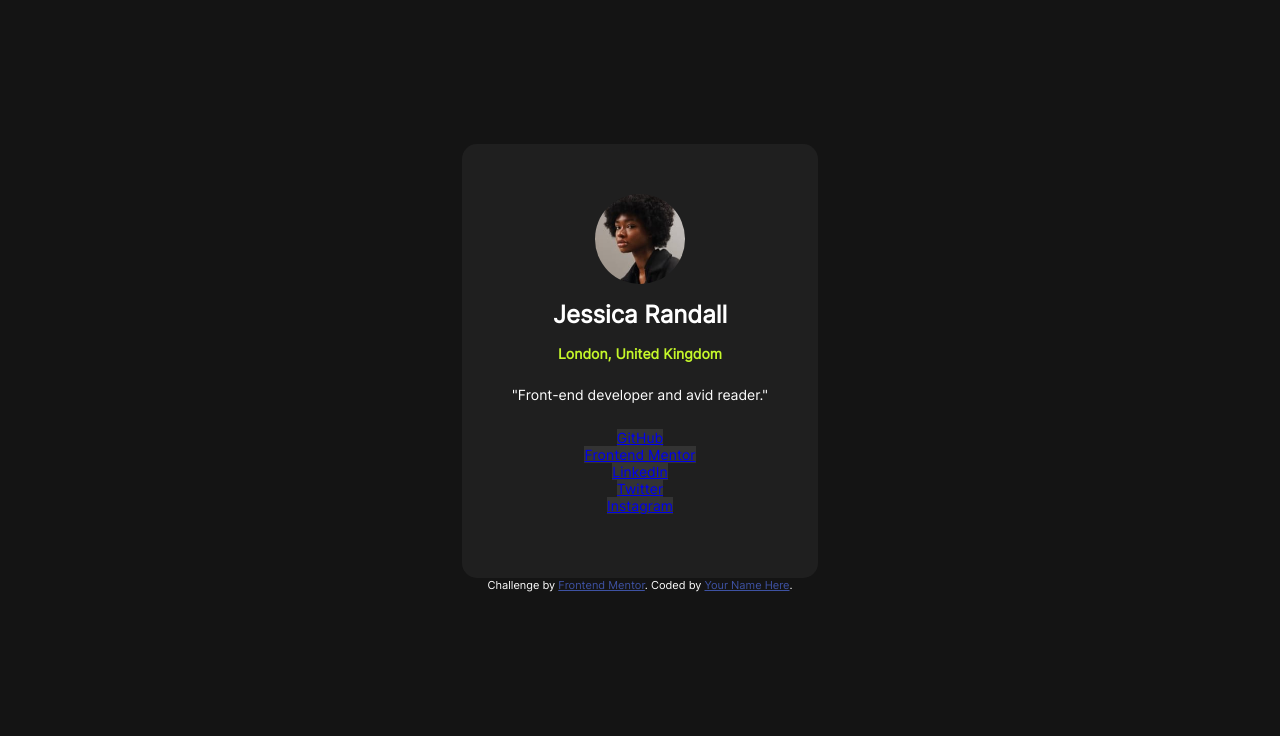
Repository: RudyJ/social-links-profile
Page: index.html
An editor plug-in stored every save of this project. The page is shown before and after the next save, followed by the edit.
The browser window is 1280 px wide. The pictures show the whole page.

Above is the page before, as saved 2024-04-02 20:02:52.

### index.html
<!DOCTYPE html>
<html lang="en">

  <head>
    <meta charset="UTF-8">
    <meta name="viewport" content="width=device-width, initial-scale=1.0">
    <!-- displays site properly based on user's device -->

    <link rel="icon" type="image/png" sizes="32x32" href="./assets/images/favicon-32x32.png">

    <title>Frontend Mentor | Social links profile</title>

    <link rel="stylesheet" href="./assets/css/style.css" />
    <!-- Feel free to remove these styles or customise in your own stylesheet 👍 -->
    <style>
      .attribution {
        font-size: 11px;
        text-align: center;
      }

      .attribution a {
        color: hsl(228, 45%, 44%);
      }

    </style>
  </head>

  <body>

    <div class="card">
      <div class="imagem">
        <img src="./assets/images/avatar-jessica.jpeg" />
      </div>
      <h1>Jessica Randall</h1>
      <h2>London, United Kingdom</h2>
      <p>"Front-end developer and avid reader."</p>
      <ul>
        <li>
          <a href="#">GitHub</a>
        </li>
        <li>
          <a href="#">Frontend Mentor</a>
        </li>
        <li>
          <a href="#">LinkedIn</a>
        </li>
        <li>
          <a href="#">Twitter</a>
        </li>
        <li>
          <a href="#">Instagram</a>
        </li>
      </ul>
    </div>

    <div class="attribution">
      Challenge by <a href="https://www.frontendmentor.io?ref=challenge" target="_blank">Frontend Mentor</a>.
      Coded by <a href="#">Your Name Here</a>.
    </div>
  </body>

</html>

### assets/css/style.css
@font-face {
    font-family: 'Inter';
    src: url('../fonts/static/Inter-Regular.ttf');
    font-weight: 400;
}


body {
    background-color: hsl(0, 0%, 8%);
    color: hsl(0, 0%, 100%);
    display: flex;
    flex-direction: column;
    align-items: center;
    justify-content: center;
    height: 100vh;
    overflow: hidden;
    font-family: 'Inter';
    font-weight: 400;
    font-size: 14px;
}


body .card {
    background-color: hsl(0, 0%, 12%);
    padding:  50px;
    box-sizing: border-box;
    border-radius: 15px;
    text-align: center;
}

body .card .imagem {
    width: 35%;
    border-radius: 50%;
    overflow: hidden;
    display: block;
    margin: auto;
}

body .card .imagem img {
    width: 100%;
    display: block;
}


body .card h1 {
    font-size: 24px;
}
body .card h2 {
    color: hsl(75, 94%, 57%);
    font-size: 14px;
    margin-bottom: 24px;
}
body .card p {
    font-size: 14px;
    margin-bottom: 26px;
}

body .card ul {
    list-style: none;
    padding-left: 0;
}

body .card ul li {}

body .card ul li a {
    background-color: hsl(0, 0%, 20%);
}

After the next save:
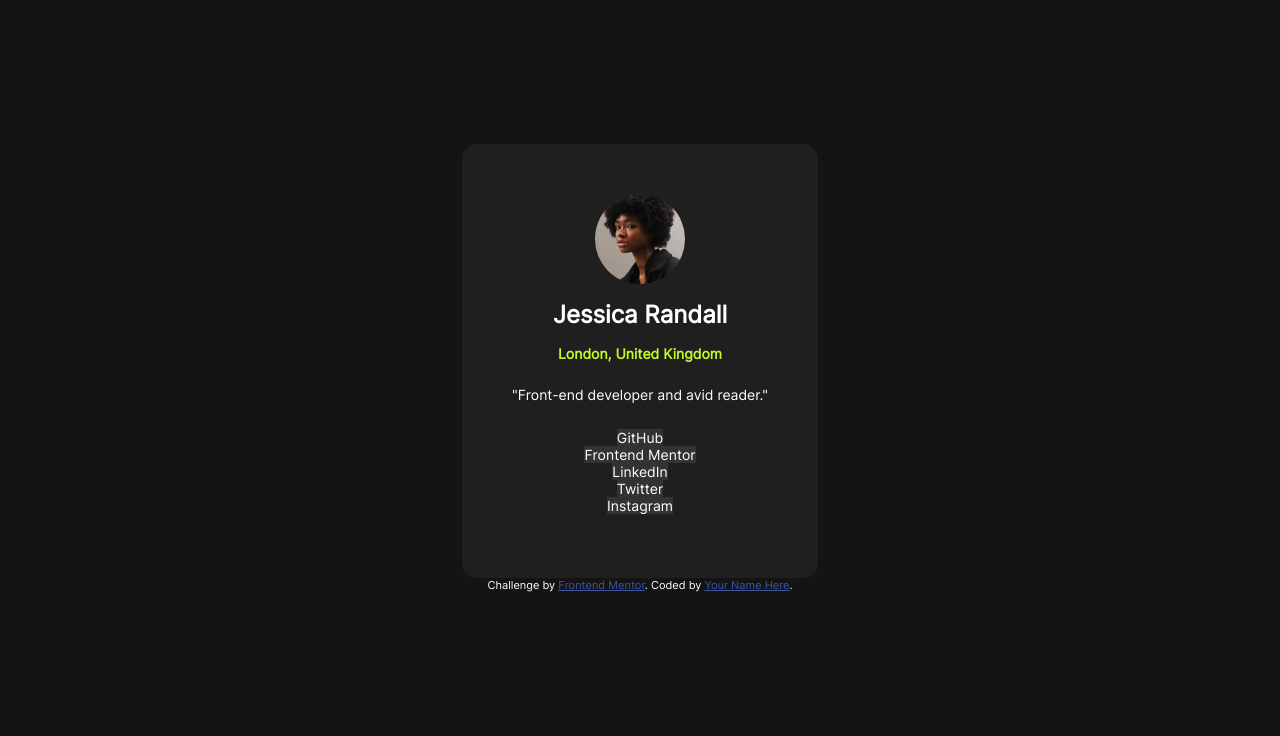
Saved 43 s later.
--- a/assets/css/style.css
+++ b/assets/css/style.css
@@ -64,4 +64,6 @@ body .card ul li {}
 
 body .card ul li a {
     background-color: hsl(0, 0%, 20%);
+    color: hsl(0, 0%, 100%);
+    text-decoration: none;
 }
